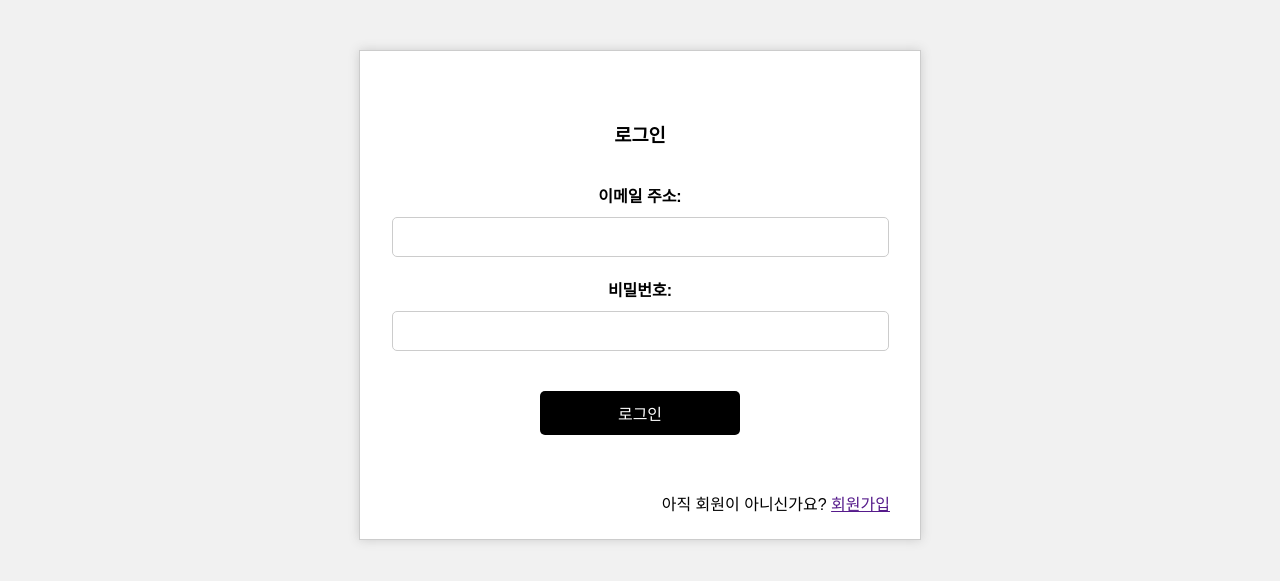
Repository: MrSeung/jsp_board
Page: http://localhost/jsp_project/mem/login
These files come from the project's save history. The page is drawn as it stood at one moment and after the next save; the edit follows.
The browser window is 1280 px wide. The pictures show the whole page.
Some web fonts or font styles are not loaded; a fallback is used. The page is served by Tomcat 9.

Above is the page before, as saved 2023-06-01 04:28:53.

After the next save:
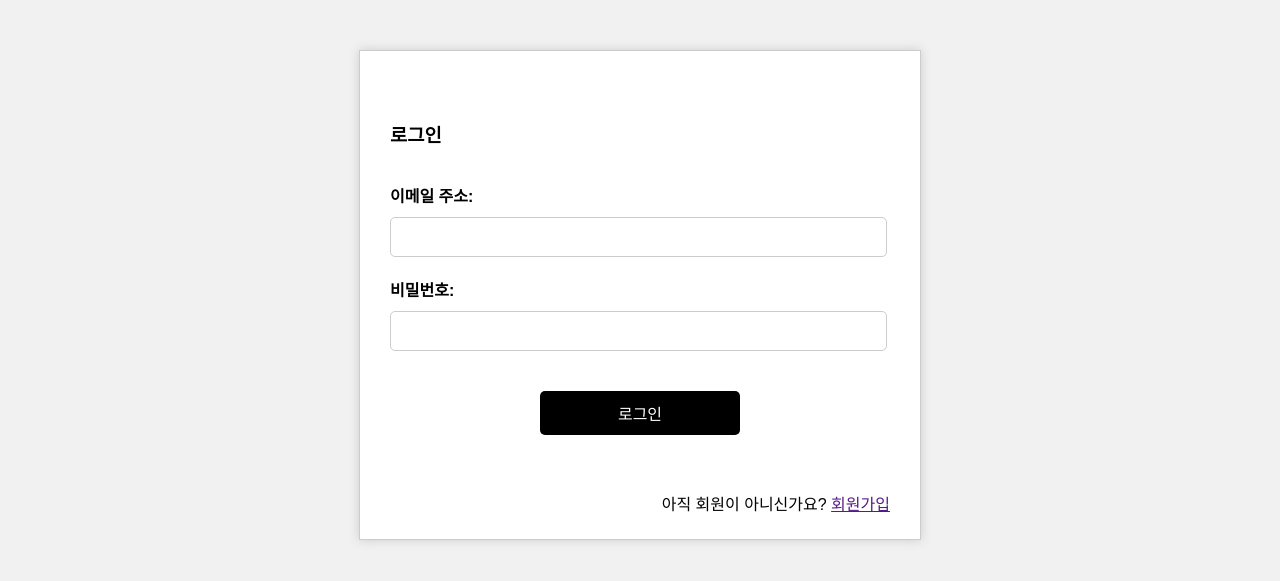
Saved 31 s later.
--- a/jsp_project/src/main/webapp/member/login.jsp
+++ b/jsp_project/src/main/webapp/member/login.jsp
@@ -68,11 +68,6 @@
 
     </style>
 </head>
-<style>
-    body{
-        text-align: center;
-    }
-</style>
 <body>
 	<form action="/mem/login_auth" method="post">
 	<!--
